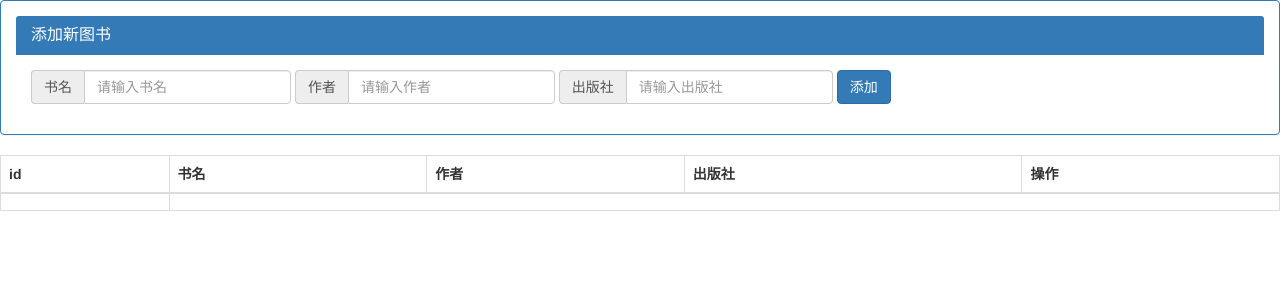
Repository: R1Deemo/ajax
Page: 图书管理.html
An editor plug-in stored every save of this project. The page is shown before and after a run of saves, followed by the edit.
The browser window is 1280 px wide. The pictures show the whole page.

Above is the page before, as saved 2022-10-24 19:59:28.
Console error: ReferenceError: Vue is not defined

After the next 2 saves:
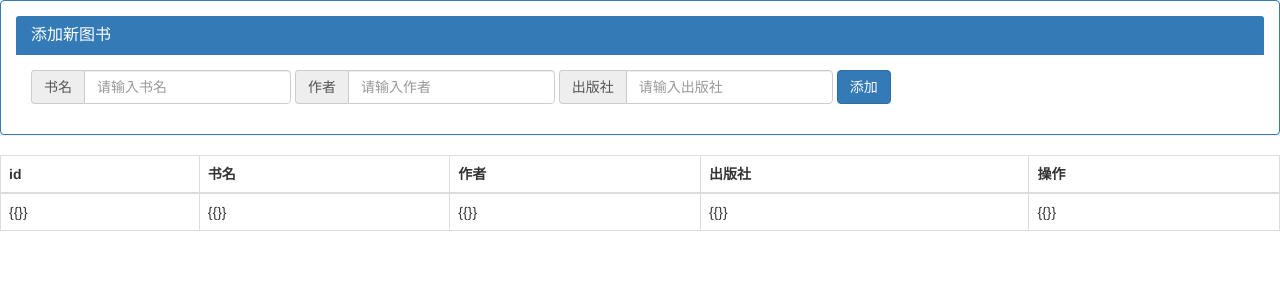
The 2 saves are shown as one change because they came seconds apart.
The last was saved 2 min 58 s later.
--- a/图书管理.html
+++ b/图书管理.html
@@ -17,60 +17,74 @@
 </head>
 
 <body>
-    <div id="main"></div>
-    <div class="panel panel-primary">
-        <div class="panel-heading">
-            <h3 class="panel-title">添加新图书</h3>
-        </div>
-        <div class="panel-body form-inline">
+    <div id="main">
+        <div class="panel panel-primary">
+            <div class="panel-heading">
+                <h3 class="panel-title">添加新图书</h3>
+            </div>
+            <div class="panel-body form-inline">
 
 
-            <div class="input-group">
-                <div class="input-group-addon">书名</div>
-                <input type="text" class="form-control" id="exampleInputAmount" placeholder="请输入书名">
+                <div class="input-group">
+                    <div class="input-group-addon">书名</div>
+                    <input type="text" class="form-control" id="exampleInputAmount" placeholder="请输入书名">
+                </div>
+                <div class="input-group">
+                    <div class="input-group-addon">作者</div>
+                    <input type="text" class="form-control" id="exampleInputAmount" placeholder="请输入作者">
+                </div>
+                <div class="input-group">
+                    <div class="input-group-addon">出版社</div>
+                    <input type="text" class="form-control" id="exampleInputAmount" placeholder="请输入出版社">
+                </div>
+                <button id="btnAdd" class="btn btn-primary">添加</button>
             </div>
-            <div class="input-group">
-                <div class="input-group-addon">作者</div>
-                <input type="text" class="form-control" id="exampleInputAmount" placeholder="请输入作者">
-            </div>
-            <div class="input-group">
-                <div class="input-group-addon">出版社</div>
-                <input type="text" class="form-control" id="exampleInputAmount" placeholder="请输入出版社">
-            </div>
-            <button id="btnAdd" class="btn btn-primary">添加</button>
         </div>
+
+        <table class="table table-bordered table-hover">
+            <thead>
+                <tr>
+                    <th>id</th>
+                    <th>书名</th>
+                    <th>作者</th>
+                    <th>出版社</th>
+                    <th>操作</th>
+                </tr>
+            </thead>
+            <tbody>
+                <tr v-for="list">
+                    <td>{{}}</td>
+                    <td>{{}}</td>
+                    <td>{{}}</td>
+                    <td>{{}}</td>
+                    <td>{{}}</td>
+                </tr>
+            </tbody>
+        </table>
     </div>
-
-    <table class="table table-bordered table-hover">
-        <thead>
-            <tr>
-                <th>id</th>
-                <th>书名</th>
-                <th>作者</th>
-                <th>出版社</th>
-                <th>操作</th>
-            </tr>
-        </thead>
-        <tbody>
-            <tr>
-                <td></td>
-            </tr>
-        </tbody>
-    </table>
 
 
 
 </body>
 <script>
     var app = new Vue({
-        el: ''
+        el: '#main',
+        data: {
+            list: [{
+
+            }]
+
+        }
     })
     $(function() {
+        let that = this
+
         function getBookList() {
             // 1.发起ajax请求
             $.get('www.liulongbin.top:3306/api/getbooks', function(res) {
                 if (res.status !== 200) return alert('失败')
-
+                console.log(res.data)
+                this.list = res.data
             })
         }
     })
